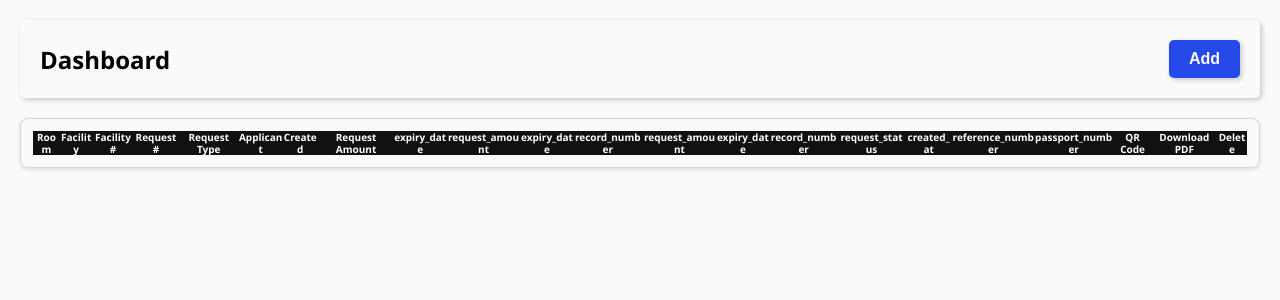
Repository: irfan-shah-sherani/Travel-Tour
Page: public/index.html
These files come from the project's save history. The page is drawn as it stood at one moment and after the next save; the edit follows.
The browser window is 1280 px wide. The pictures show the whole page.
The page's requests for data from a server got no answer.

Above is the page before, as saved 2025-07-11 04:57:21.

### public/index.html
<!DOCTYPE html>
<html lang="en">

<head>
  <meta charset="UTF-8" />
  <meta name="viewport" content="width=device-width, initial-scale=1.0" />
  <title>Dashboard</title>
  <link rel="stylesheet" href="index.css" />
  <!-- <link
      rel="stylesheet"
      href="/public/Dashboard.css"
      integrity="sha512-..."
      crossorigin="anonymous"
      referrerpolicy="no-referrer"
    /> -->
</head>

<body>
  <main>
    <!-- main content -->
    <div class="main-content">
      <!-- TOP-nav -->
      <nav class="main-nav">
        <div class="page-name">
          <i class="fas fa-bars"></i>
          <p>Dashboard</p>
        </div>
        <div class="button">
          <button id="addPersonBtn">Add</button>
        </div>
      </nav>

      <!-- main content  end -->
      <div class="table-container">
        <table>
          <tr>
            <th>Room</th>
          <th>Facility</th>
          <th>Facility #</th>
          <th>Request #</th>
          <th>Request Type</th>
          <th>Applicant</th>
          <th>Created</th>
          <th>Request Amount</th>
          <th>expiry_date</th>
          <th>request_amount </th>
          <th>expiry_date</th>
          <th>record_number</th>
          <th>request_amount</th>
          <th>expiry_date</th>
          <th>record_number</th>
          <th>request_status</th>
          <th>created_at</th>
          <th>reference_number</th>
          <th>passport_number</th>
          <th>QR Code</th>
          <th>Download PDF</th>
          <th>Delete</th>
          </tr>
          <tbody id="person-table-body">
            <!-- JS will populate this -->
          </tbody>
        </table>

        <!-- ✅ Place script here -->
        <script>
  fetch("/api/")
    .then((res) => res.json())
    .then((data) => {
      const tbody = document.getElementById("person-table-body");
      tbody.innerHTML = "";
      data.forEach((record) => {
        const tr = document.createElement("tr");
        tr.innerHTML = `
          <td>${record.record_id}</td>
          <td>${record.room_name}</td>
          <td>${record.facility_name}</td>
          <td>${record.facility_number}</td>
          <td>${record.request_number}</td>
          <td>${record.request_type}</td>
          <td>${record.applicant_name}</td>
          <td>${record.creation_date}</td>
          <td>${record.request_amount}</td>
          <td>${record.expiry_date}</td>
          <td>${record.record_number}</td>
          <td>${record.request_status}</td>
          <td>${record.reference_number}</td>
          <td>${record.passport_number}</td>
          <td>${record.qrcode_url ? `<img src="${record.qrcode_url}" class="qr-img" alt="QR Code">` : "No QR"}</td>
          <td>
            <a href="/api/download-pdf?token=${record.qr_token}">
              <button type="button">Download PDF</button>
            </a>
          </td>
          <td>
            <form action="/delete/${record.qr_token}" method="POST" onsubmit="return confirm('Are you sure you want to delete this record?');">
              <button type="submit">Delete</button>
            </form>
          </td>
        `;

                tbody.appendChild(tr);
              });
            });
        </script>
        </table>
      </div>

      <!-- Trigger Button OUTSIDE -->
      <!-- Add Room Form (initially hidden in CSS or JS) -->
      <div class="add-new add-new-person">
        <h2 class="form-title">Add New Person</h2>
        <form class="person-form" action="/" method="POST">
          <div class="inputForm">
            <!-- Left Side -->
            <div class="left-side">
              <div class="form-group">
                <label for="room_number">Room No </label>
                <input type="text" id="room_number" name="room_number" required />
              </div>

              <div class="form-group">
                <label for="facility_name">Facility Name </label>
                <input type="text" id="facility_name" name="facility_name" required />
              </div>

              <div class="form-group">
                <label for="facility_number">Facility number </label>
                <input type="text" id="facility_number" name="facility_number" required />
              </div>

              <div class="form-group">
                <label for="request_number">Request number </label>
                <input type="number" id="request_number" name="request_number" step="0.01" required />
              </div>

              <div class="form-group">
                <label for="request_type">Request Type</label>
                <input type="text" id="request_type" name="request_type" required />
              </div>
            </div>

            <!-- Center Side -->
            <div class="center-side">
              <div class="form-group">
                <label for="applicant">Applicant</label>
                <input type="text" id="applicant" name="applicant" />
              </div>

              <div class="form-group">
                <label for="created">Created</label>
                <input type="text" id="created" name="created" />
              </div>

              <div class="form-group">
                <label for="amount">Amount</label>
                <input type="text" id="amount" name="amount" />
              </div>

              <div class="form-group">
                <label for="expiry">Expiry</label>
                <input type="text" id="expiry" name="expiry" />
              </div>

              <div class="form-group">
                <label for="record_number">Record number</label>
                <input type="text" id="record_number" name="record_number" />
              </div>
            </div>

            <!-- Right Side -->
            <div class="right-side">
              <div class="form-group">
                <label for="status">Status</label>
                <input type="text" id="status" name="status" />
              </div>

              <div class="form-group">
                <label for="reference_number">Reference number</label>
                <input type="text" id="reference_number" name="reference_number" />
              </div>

              <div class="form-group">
                <label for="passport_number">Passport number</label>
                <input type="text" id="passport_number" name="passport_number" />
              </div>

            </div>
          </div>

          <div class="button-group">
            <button type="button" class="cancelbtn">Cancel</button>
            <button type="submit" class="submit-person-btn">Add Person</button>
          </div>
        </form>
      </div>

    </div>
  </main>
  <script src="index.js"></script>
</body>

</html>

### public/index.css
* {
  margin: 0;
  padding: 0;
  box-sizing: border-box;
}
:root {
  --primary-gradient: linear-gradient(135deg, #667eea 0%, #764ba2 100%);
  --card-shadow: 0 4px 6px rgba(0, 0, 0, 0.1);
  --card-hover-shadow: 0 8px 15px rgba(0, 0, 0, 0.2);
}
body {
  font-family: "Segoe UI", Tahoma, Geneva, Verdana, sans-serif;
  background-color: #f8fafc;
}
main {
  display: flex;
  /* display: flex; */
}
/* .sidebar {
  position: fixed;
  display: flex;
  align-items: center;
  flex-direction: column;
  width: 250px;
  height: 100vh;
  padding: 20px;
  background: var(--primary-gradient);
  border-radius: 10px 0px 0px 10px;
  color: #f8fafc;
}
.cross-icon {
  display: none;
  justify-content: right;
  color: #f8fafc;
  font-size: 2rem;
  cursor: pointer;
}
.logo {
  display: flex;
  align-items: center;
  gap: 10px;
  margin-bottom: 10px;
  border-bottom: 1px solid rgba(255, 255, 255, 1);
  padding-bottom: 20px;
}
.logo p {
  font-size: 24px;
  font-weight: 600;
}
.sidebar img {
  display: block;
  width: 50px;
  height: 50px;
  object-fit: cover;
  object-position: center;
  border-radius: 5px;
}
.logo hr {
  width: 100px;
  height: 2px;
  color: rgba(255, 255, 255, 0.1);
}
.links ul li {
  list-style: none;
  margin: 5px;
}
.links ul li a {
  display: flex;
  padding-left: 20px;
  align-items: center;
  width: 200px;
  height: 50px;
  text-decoration: none;
  gap: 10px;
  border-radius: 10px;
  transition: all 0.3s ease;
  color: rgba(255, 255, 255, 0.85);
}
.links ul li a:hover {
  background-color: rgba(255, 255, 255, 0.1);
  transform: translateX(5px);
}
.links ul li a.active {
  background-color: rgba(255, 255, 255, 0.1);
  transform: translateX(5px);
} */
/* main content */
.main-content {
  display: flex;
  /* margin-left: 250px; */
  flex-direction: column;
  background-color: #f8fafc;
  width: 100%;
  padding: 20px;
  gap: 20px;
}
.main-content nav {
  display: flex;
  justify-content: space-between;
  align-items: center;
  border-radius: 5px;
  width: 100%;
  background-color: #f8fafc;
  padding: 20px;
  box-shadow: 2px 2px 5px rgba(0, 0, 0, 0.2);
}
.page-name {
  display: flex;
  align-items: center;
  gap: 10px;
}
.page-name p {
  font-size: 24px;
  font-weight: 600;
}
.page-name i {
  display: none;
  cursor: pointer;
  font-size: 24px;
  font-weight: 600;
}
.button {
  display: flex;
  align-items: center;
  gap: 10px;
}
.button button {
  padding: 10px 20px;
  border-radius: 5px;
  border: none;
  background-color: #264ae9;
  color: #f8fafc;
  font-size: 16px;
  font-weight: 600;
  box-shadow: 2px 2px 5px rgba(0, 0, 0, 0.2);
  cursor: pointer;
  transition: all 0.05s ease-in-out;
}
.button button:hover {
  transform: translateY(2px);
}

/* table */
/* General Table Styling */
.table-container {
  width: 100%;
  overflow-x: auto;
  background-color: #f8fafc;
  border-radius: 8px;
  border: 1px solid rgba(0, 0, 0, 0.15);
  box-shadow: 0 2px 5px rgba(0, 0, 0, 0.1);
  padding: 12px;
  box-sizing: border-box;
}

/* Table Reset */
table {
  width: 100%;
  border-collapse: collapse;
  font-size: 10px;
  table-layout: auto;
}

/* Table Header */
.table-container table th {
  background-color: #111;
  color: #fff;
  font-weight: 600;
  font-size: 10px;
  padding: px;
  text-align: center;
  vertical-align: middle;
  white-space: normal;
  line-height: 1.2;
  word-break: break-word;
}

/* Force words like "Request Number" to wrap into 2 lines */
.table-container table th {
  max-width: 90px;
}

/* Table Body */
.table-container table td {
  white-space: nowrap;
  text-align: center;
  vertical-align: middle;
  padding: 8px 6px;
}

/* Row Hover Effect */
.table-container table tr:hover {
  background-color: #e2e8f0;
  transition: background-color 0.2s;
}

/* Button Styling */
.btn {
  padding: 4px 8px;
  font-size: 10px;
  border-radius: 4px;
  border: none;
  cursor: pointer;
  transition: 0.2s;
}

/* Delete Button */
.delete-form {
  border: 1px solid #ef4444;
  color: #ef4444;
  background: transparent;
}
.delete-form:hover {
  background-color: #fee2e2;
}

/* Download Button (optional styling) */
.download-btn {
  background-color: #2563eb;
  color: white;
  border: none;
}
.download-btn:hover {
  background-color: #1d4ed8;
}

.add-new {
  display: none;
  width: 80%;
  max-height: 90vh; /* limit height */
  overflow-y: auto;  /* enable scroll if content too tall */
  position: absolute;
  top: 50%;
  left: 50%;
  transform: translate(-50%, -50%);
  background-color: white;
  padding: 20px;
  border-radius: 8px;
  box-shadow: 0 0 10px rgba(0, 0, 0, 0.5);
  font-family: Arial, sans-serif;
  z-index: 10;
}

.form-title {
  font-size: 24px;
  font-weight: 600;
  margin-bottom: 10px;
}

/* Reduce spacing */
.person-form {
  display: flex;
  flex-direction: column;
  gap: 10px;
}

.inputForm {
  display: flex;
  justify-content: space-between;
  gap: 20px;
}

/* Equal columns */
.left-side,
.center-side,
.right-side {
  flex: 1;
}
label {
  font-size: 14px;
  font-weight: 500;
  margin-bottom: 5px;
}
/* Compact input spacing */
.form-group {
  display: flex;
  flex-direction: column;
  margin-bottom: 10px;
}

input,
textarea,
select {
  padding: 5px;
  font-size: 16px;
}

/* Buttons */
.button-group {
  display: flex;
  justify-content: flex-end;
  gap: 10px;
  margin-top: 0px;
}

button {
  padding: 8px;
  font-size: 13px;
  border: none;
  border-radius: 5px;
  cursor: pointer;
}

.cancel-person-btn {
  background-color: #6c757d;
  color: white;
}

.submit-person-btn {
  background-color: #007bff;
  color: white;
}

/* Responsive */
@media (max-width: 768px) {
  .inputForm {
    flex-direction: column;
  }

  .left-side,
  .center-side,
  .right-side {
    width: 100%;
  }
}
.qr-img {
  width: 30px;
  height: 30px;
  object-fit: contain;
  display: block;
}

### public/index.js
const addPersonBtn = document.getElementById("addPersonBtn");
const addNewPerson = document.querySelector(".add-new");
const cancelPersonBtn = document.querySelector(".cancelbtn");
const submitPersonBtn = document.querySelector(".submit-person-btn");

addPersonBtn?.addEventListener("click", () => {
  addNewPerson.style.display = "block";
});

cancelPersonBtn?.addEventListener("click", () => {
  addNewPerson.style.display = "none";
});

submitPersonBtn?.addEventListener("click", () => {
  addNewPerson.style.display = "none";
});

After the next save:
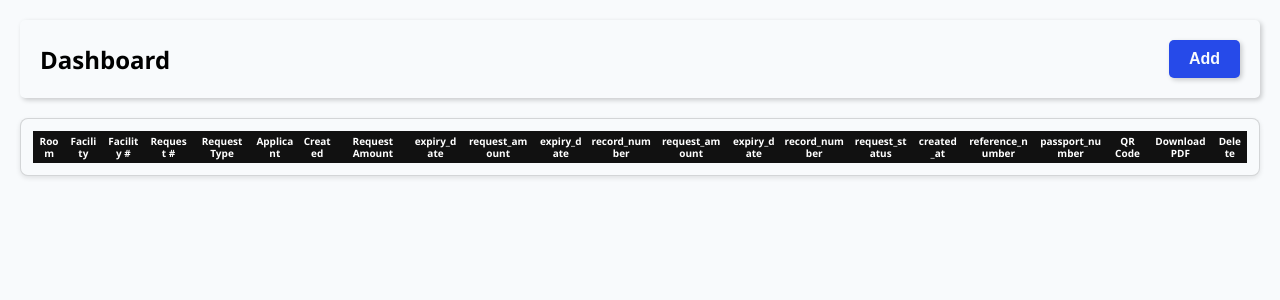
Saved 5 s later.
--- a/public/index.css
+++ b/public/index.css
@@ -167,7 +167,7 @@ table {
   color: #fff;
   font-weight: 600;
   font-size: 10px;
-  padding: px;
+  padding: 4px;
   text-align: center;
   vertical-align: middle;
   white-space: normal;
